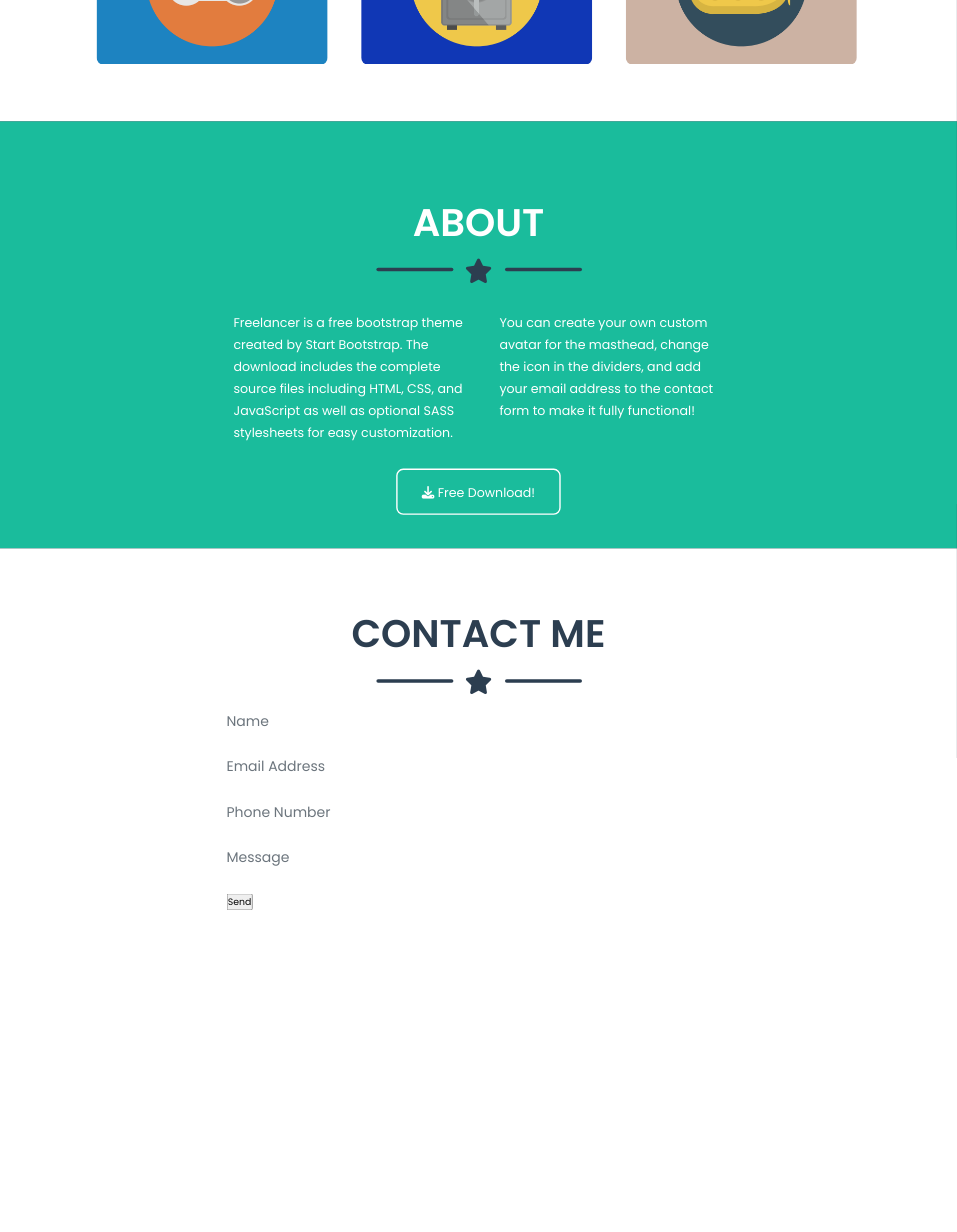
Repository: sSoRaK/web-cut-by-figma_train
Page: bai02/index.html
An editor plug-in stored every save of this project. The page is shown before and after the next save, followed by the edit.
The browser window is 1280 px wide. The page is 1367 px wide, so the pictures cover 1367 px, including what lies to the right of the window. The pictures show the part of the page from y = 1459 to 3219 px (the page is 3219 px tall), at 70% of full size.

Above is the page before, as saved 2023-06-02 14:31:34.

After the next save:
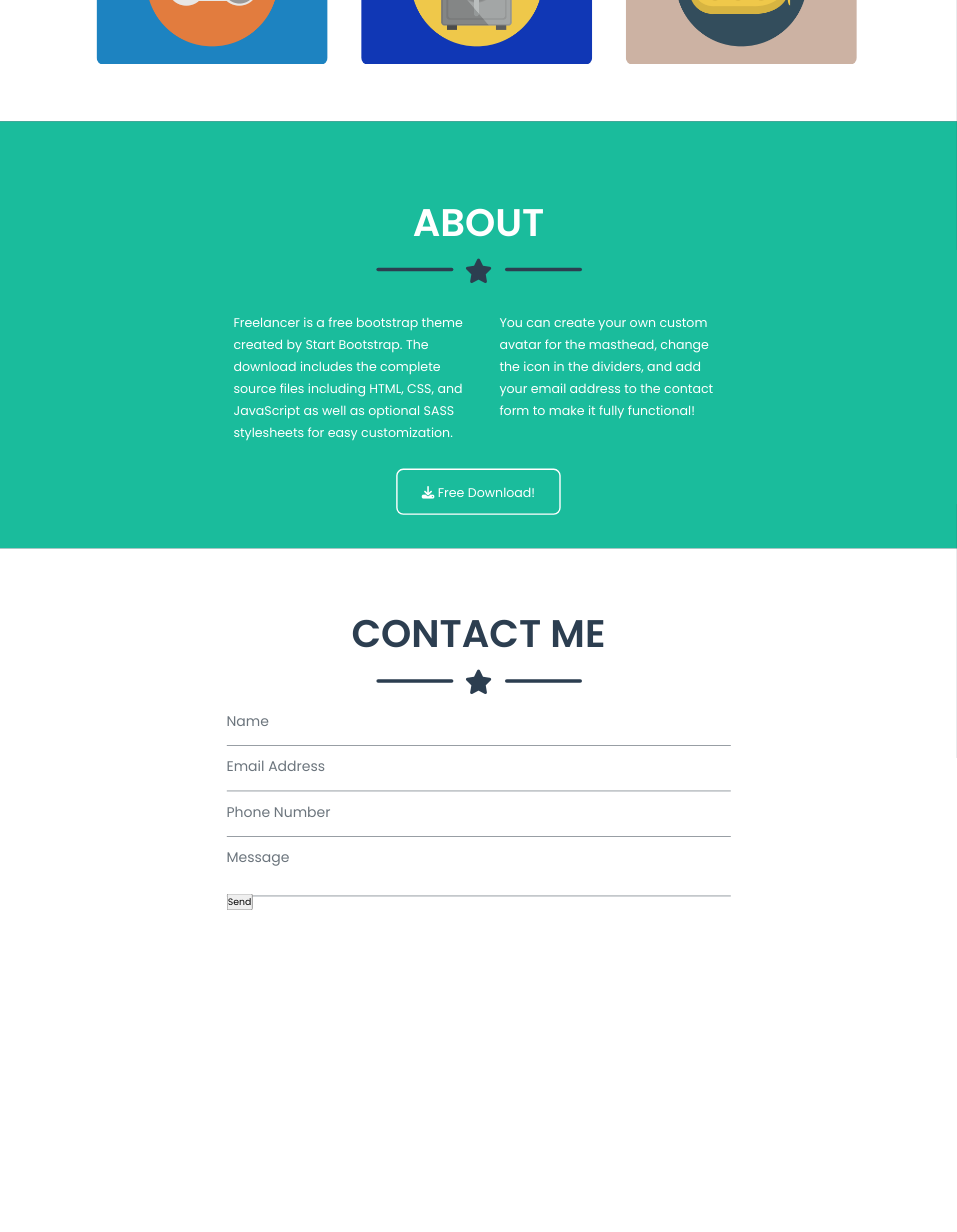
Saved 6 s later.
--- a/bai02/style.css
+++ b/bai02/style.css
@@ -196,8 +196,7 @@ ul li a {
   display: block;
   width: 100%;
   border: none;
-  border-bottom: 1.5px solid   color: #6c757d;
-  ;
+  border-bottom: 1.5px solid #6c757d;
 }
 /* block 04 */
 
